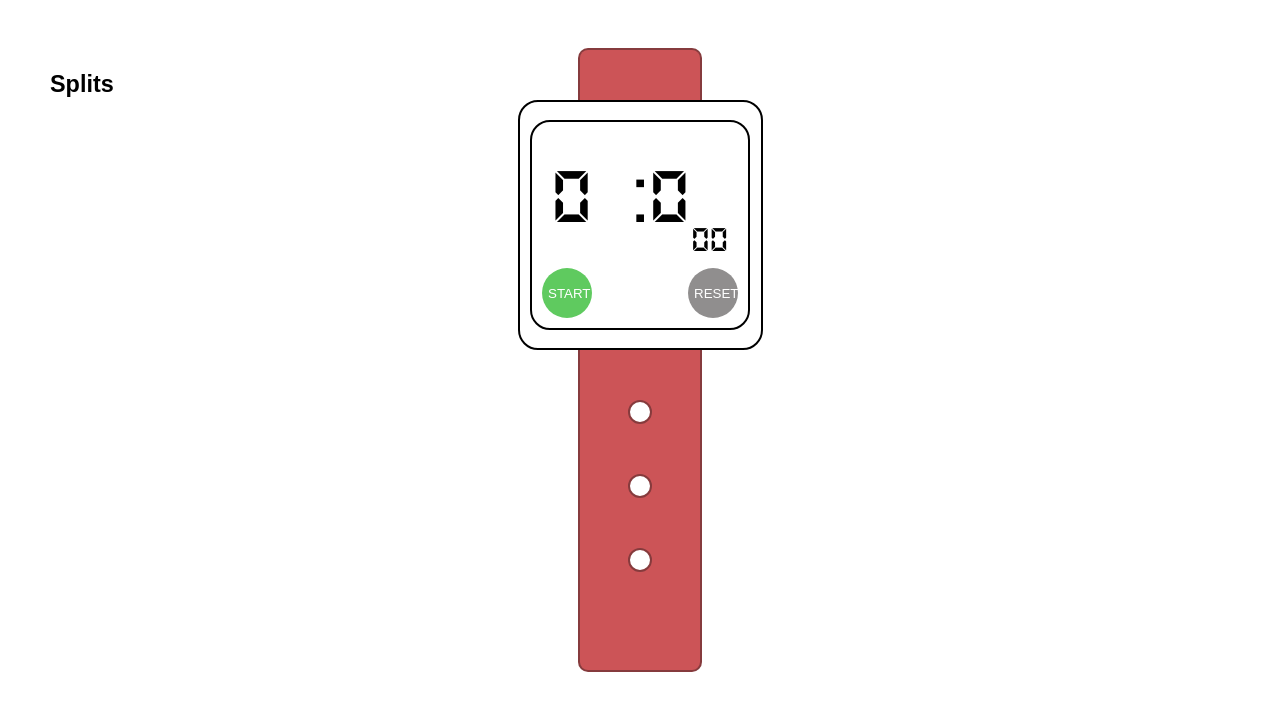
Repository: konstantin0s/lab-chronometer
Page: index.html
The author's editor kept a copy of each file at every save. The page is drawn from the files as they stood at one save, then again after the next save.
The browser window is 1280 px wide. The pictures show the whole page.

Above is the page before, as saved 2019-02-05 12:44:48.

### index.html
<!DOCTYPE html>
<html lang="en">
<head>
  <meta charset="UTF-8">
  <meta name="viewport" content="width=device-width, initial-scale=1.0">
  <meta http-equiv="X-UA-Compatible" content="ie=edge">
  <title>Chronometer</title>
  <link rel="stylesheet" href="stylesheets/styles.css">
</head>
<body>

  <section id="splits-container">
    <h3>Splits</h3>
    <ol id="splits">
    </ol>
  </section>

  <div class="leash leash-top"></div>

  <section id="clock">
    <div id="sphere">
      <span id="minDec" class="number">0</span><span id="minUni" class="number"></span><span>:</span><span id="secDec" class="number">0</span><span id="secUni" class="number"></span>

      <div id="milliseconds">
        <span id="milDec">0</span><span id="milUni">0</span>
      </div>

      <button id="btnLeft" class="btn start">START</button> <button id="btnRight" class="btn reset">RESET</button>
    </div>
  </section>

  <div class="leash leash-bottom">
    <div class="hole"></div>
    <div class="hole"></div>
    <div class="hole"></div>
  </div>


  <!-- <script src="javascripts/utils.js"></script>
  <script src="javascripts/chronometer.js"></script>
  <script src="javascripts/main.js"></script> -->
  <script src="javascript/chronometer.js"></script>
  <script src="javascript/main.js"></script>
</body>
</html>

### stylesheets/styles.css
@font-face {
  font-family: "Digi";
  src: url("fonts/ds-digib.ttf");
}

body {
  font-family: Arial;
  font-size: 80px;
  font-weight: bold;
  padding: 40px 0;
}

#clock {
  border: 2px solid #000;
  border-radius: 20px;
  box-sizing: border-box;
  height: 250px;
  margin: 0 auto;
  padding: 18px 0;
  width: 245px;
}

#sphere {
  border: 2px solid #000;
  border-radius: 20px;
  box-sizing: border-box;
  font-family: "Digi";
  font-size: 80px;
  height: 210px;
  margin: 0 auto;
  padding: 35px 0;
  position: relative;
  text-align: center;
  width: 220px;
}

#splits-container {
  font-size: 20px;
  font-weight: 100;
  position: absolute;
  left: 50px;
}

#splits-container li {
  padding-bottom: 5px;
  text-align: right;
}

#milliseconds {
  font-size: 36px;
  margin-top: -15px;
  position: absolute;
  right: 20px;
}

.leash {
  background: rgb(204, 84, 87);
  border: 2px solid rgb(134, 59, 61);
  height: 50px;
  margin: 0 auto;
  width: 120px;
}

.leash-top {
  border-bottom: 0;
  border-top-left-radius: 10px;
  border-top-right-radius: 10px;
}

.leash-bottom {
  border-bottom-left-radius: 10px;
  border-bottom-right-radius: 10px;
  border-top: 0;
  height: 270px;
  padding-top: 50px;
}

.hole {
  background: #fff;
  border: 2px solid rgb(134, 59, 61);
  border-radius: 100%;
  height: 20px;
  margin: 0 auto 50px;
  width: 20px;
}

.number {
  display: inline-block;
  width: 40px;
}

.btn {
  border: 0;
  border-radius: 100%;
  bottom: 10px;
  color: #fff;
  cursor: pointer;
  height: 50px;
  outline: 0;
  position: absolute;
  width: 50px;
}

.btn.start,
.btn.stop {
  left: 10px;
}

.btn.reset,
.btn.split {
  right: 10px;
}

.btn.start { background: #5fca5f; }
.btn.stop  { background: #f14949; }
.btn.reset { background: #908e8e; }
.btn.split { background: #0851ab; }

### javascript/chronometer.js

// var time = 0;
// var running = 0;

// function startPause() {
//   if (running == 0) {
//     running = 1;
//     increment();
//     document.getElementById("startPause").innerHTML = "Pause";
//   } else {
//     running = 0;
//     document.getElementById("startPause").innerHTML = "Resume";
//   }
// }

// function reset() {
//   running = 0;
//   time = 0;
//   document.getElementById("startPause").innerHTML = "Start";
// }

// function increment() {
//   if (running == 1) {
//    setTimeout(function() {
//     time++;
//     var seconds = Math.floor(time/10/60);
//     var minutes = Math.floor(time/10/60);
//      var tenth = time % 10;
//      if (minutes < 10); {
//        minutes = "0" + minutes;
//      }  if (seconds < 10);
//     seconds = "0" + seconds;
//     increment();
//   document.getElementById("output").innerHTML = minutes + ":" + seconds + ":" + "0" + tenth;

//    }, 100);
//   }
//   }

// function startPause() {
//   if (running == 0) {
//     running = 1;
//     increment();
//     document.getElementById("startPause").innerHTML = "Pause";
//   } else {
//     running = 0;
//     document.getElementById("startPause").innerHTML = "Resume";
//   }
// }


// function timer() {
//   currentTime = setTimeout(start, 1000);
// }
// timer();

// function start() {
//   seconds++;
//   if (seconds >= 60) {
//     seconds = 0;
//     minutes++;
//     if (minutes >= 20) {
//         minutes = 0;
//     }
//   }
// }


// // Constructor
// function Chronometer() {

// this.currentTime = 0;
// this.intervalId = 0;

// }

// // The setInterval will be assigned to our intervalId property,
// //  this way we will be able to clear it later on.

// Chronometer.prototype.startClick = function () {
//     this.startClick = function() {
//     // var seconds = 0;
//     intervalId = setInterval(function(){
//     currentTime++; }, 1000);

//      }

    //  var myChronometer = {
    //    seconds: 0,
    //    minuts: 0,
    //    intervalId: 0,
    //    startClick: function() {
    //          this.intervalId = setInterval(function() {
    //            this.seconds++;
    //          }.bind(this),1000);
    //    },
    //    setMinutes: function() {
    //      this.seconds++
    //    },

    //  }

    // console.log(seconds);
// };

// Chronometer.prototype.setMinutes = function () {

// };

// Chronometer.prototype.setSeconds = function () {

// };

// Chronometer.prototype.twoDigitsNumber = function () {

// };

// Chronometer.prototype.setTime = function () {

// };

// Chronometer.prototype.setMilliseconds = function () {

// };

// Chronometer.prototype.stopClick = function () {

// };

// Chronometer.prototype.resetClick = function () {

// };

// Chronometer.prototype.splitClick = function () {

// };

### javascript/main.js
// var chronometer = new Chronometer();
var btnLeft     = document.getElementById('btnLeft');
var btnRight    = document.getElementById('btnRight');
var minDec      = document.getElementById('minDec');
var minUni      = document.getElementById('minUni');
var secDec      = document.getElementById('secDec');
var secUni      = document.getElementById('secUni');
var milDec      = document.getElementById('milDec');
var milUni      = document.getElementById('milUni');

var secUnit     = document.getElementById('secUni').innerHTML;

console.log(secUnit);

// if (secUnit == 0) {
//   secUnit.innerHTML =
// }

var currentTime = 0;
var intervalId = 0;  //0stop; 1 running.
var seconds= 0;
var minutes = 0;
// var minutes = Math.floor((minutes % (1000 * 60 * 60)) / (1000 * 60));
// var seconds = Math.floor((seconds % (1000 * 60)) / 1000);

// function start() {
//   status = 1;
//   timer();
// }

// function stop() {
//   currentTime++

//   if (currentTime / 60 == 1) {
//     // setInterval(function() {

//     // })
//      currentTime = 0;
//      milUni.innerHTML = currentTime++;
//      if (milDec / 60 == 1) {
//       currentTime = 0;
//       milDec.innerHTML = currentTime++;
//      }
//      if (secUni / 60 == 1) {
//       currentTime = 0;
//       secUni.innerHTML = currentTime++;
//      } if (secDec / 60 == 1) {
//       currentTime = 0;
//       secDec.innerHTML = currentTime++;
//      } if (minUni / 60 == 1) {
//       currentTime = 0;
//       minUni.innerHTML = currentTime++;
//      } if (minDec / 60 == 1) {
//       currentTime = 0;
//       minDec.innerHTML = currentTime++;
//      }
//   }
//   //
// }

// window.setInterval(stop, 1000);

// function reset() {
// status = 0;
// intervalId = 0;
// }

// function timer() {
//   if (status == 1) {
//     var intervalId = setInterval(function() {
//       currentTime++;
//       minDec =  Math.floor(intervalId/100/60);
//       secDec =  Math.floor(intervalId/100);
//       milDec = intervalId % 100;

//        if (minDec < 10) {
//         minDec = "0" + minDec;
//        }
//        if (secDec >= 60) {
//         secDec = secDec % 60;
//        }
//        if(secDec < 10) {
//         secDec = "0" + secDec;
//        }

//        minDec.innerHTML = minDec;
//        secDec.innerHTML = secDec;
//        milDec.innerHTML = milDec;

//     }, 10)
//   }
// }

// function stopwatch() {

// }
// Add event listeners to both buttons
// start.addEventListener("click", function(command) {
//   if (command === "START") {
//     btnLeft.innerHTML = "PAUSE";
//   } else {
//     btnLeft.innerHTML = "START";
//   }
// }



// });

// stop.addEventListener("click", function() {

// });

// var start =  document.getElementById('btnLeft').value;
// console.log(start);

function twoDigits(number) {
  if (number < 10) {
    return "0" + number;
  }
  return number;
}

var intervalRef = null;

 btnLeft.addEventListener("click", function(event) {
   event.preventDefault();
      if (intervalId == 0) { //start if pause
         intervalRef = setInterval(function() {
         intervalId = 1;
         secDec.innerHTML = "00" + twoDigits(seconds);
         seconds++;
        //  if ()
         secDec.innerHTML = twoDigits(seconds);
         btnLeft.innerHTML = "PAUSE";
      if (seconds === 60) {
         seconds = 0;
         minutes++;
         minDec.innerText = twoDigits(minutes);
      console.log("This is: " + intervalRef);

        secDec.innerText = "0" + seconds;

     if (minDec === 60) {
         minutes = 0;
         }
      }

    }, 100);
  }  else { //pause if started
       clearInterval(intervalRef);  //pause chronometer
       btnLeft.innerHTML = "START";
       intervalId = 0; // continue chronometer from it's pause point.
  }
});

btnRight.addEventListener("click", function() {
  reset();
});

function reset() {
    clearInterval(intervalRef);
    intervalId = 0;
    seconds = 0;
    minutes = 0;
    console.log("This is from reset: " + intervalRef);
    btnLeft.innerHTML = "START";
    secDec.innerText = seconds;
    minDec.innerText = minutes;
}





// function printTime() {

// }

// function printMinutes() {

// }

// function printSeconds() {

// }

// function printMilliseconds() {

// }

// function printSplit() {

// }

// function clearSplits() {

// }

// function setStopBtn() {

// }

// function setSplitBtn() {

// }

// function setStartBtn() {

// }

// function setResetBtn() {

// }

// // Start/Stop Button
// btnLeft.addEventListener('click', function () {

// });

// // Reset/Split Button
// btnRight.addEventListener('click', function () {

// });

After the next save:
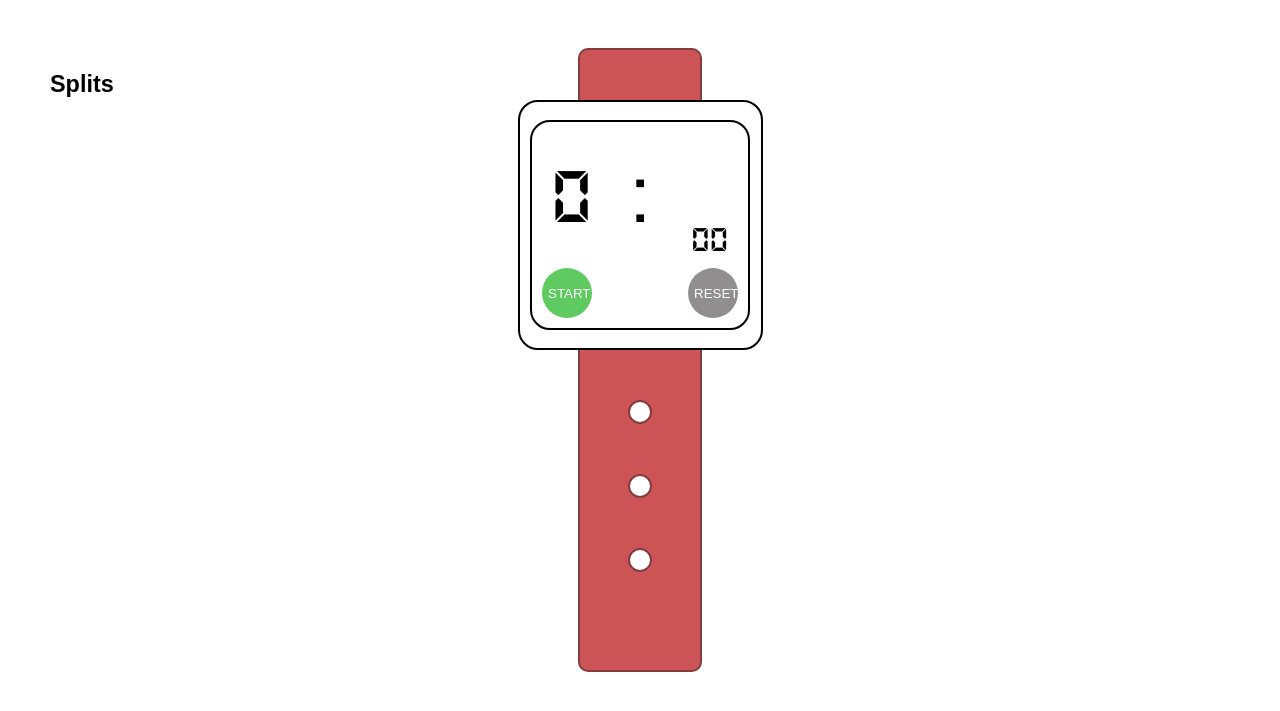
Saved 39 s later.
--- a/index.html
+++ b/index.html
@@ -19,7 +19,7 @@
 
   <section id="clock">
     <div id="sphere">
-      <span id="minDec" class="number">0</span><span id="minUni" class="number"></span><span>:</span><span id="secDec" class="number">0</span><span id="secUni" class="number"></span>
+      <span id="minDec" class="number">0</span><span id="minUni" class="number"></span><span>:</span><span id="secDec" class="number"></span><span id="secUni" class="number"></span>
 
       <div id="milliseconds">
         <span id="milDec">0</span><span id="milUni">0</span>
